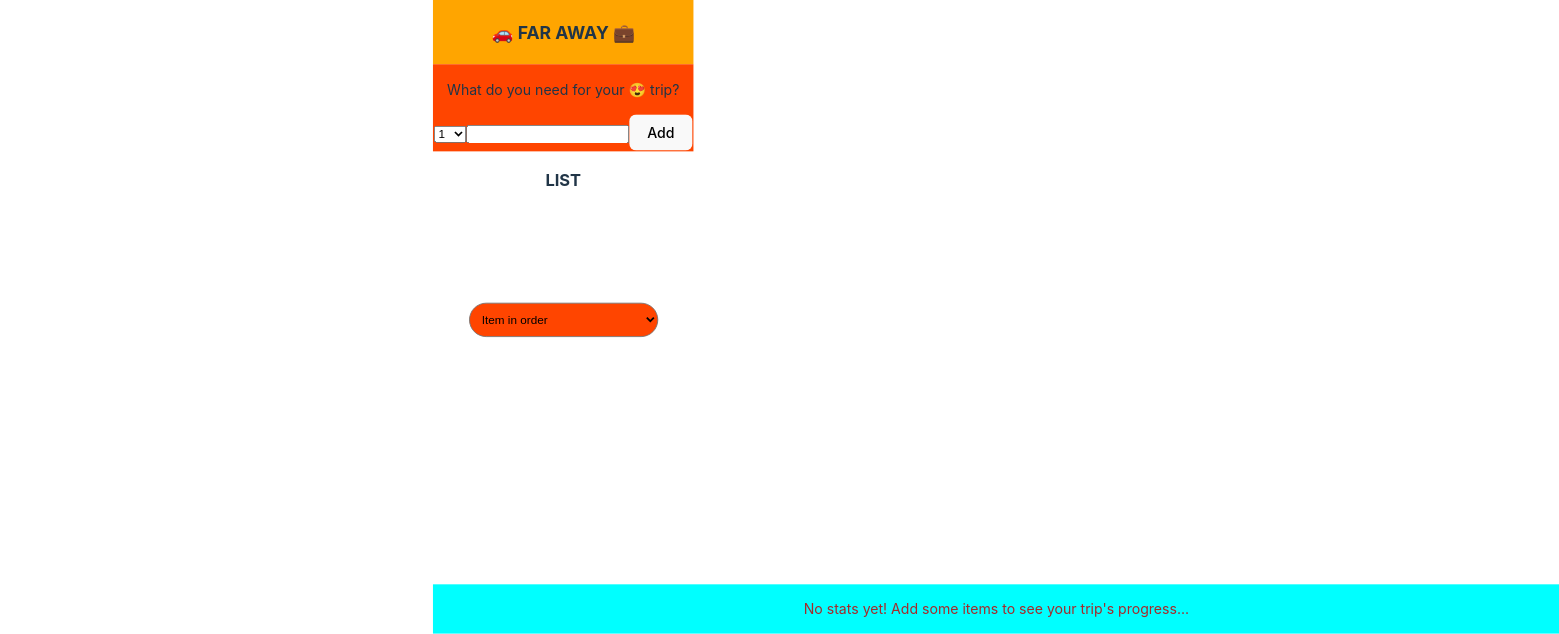
Repository: Celebration-cloud/Trip-Add-To-List
Page: /
These files come from the project's save history. The page is drawn as it stood at one moment and after the next save; the edit follows.
The browser window is 1280 px wide. The page is 1772 px wide, so the pictures cover 1772 px, including what lies to the right of the window. The pictures show the whole page, at 88% of full size.
The project was rebuilt for these pictures with package versions that can differ from the ones it lists, and the page was loaded fresh each time. Also part of the build but not shown: vite.config.js.

Above is the page before, as saved 2023-10-29 17:09:03.

After the next save:
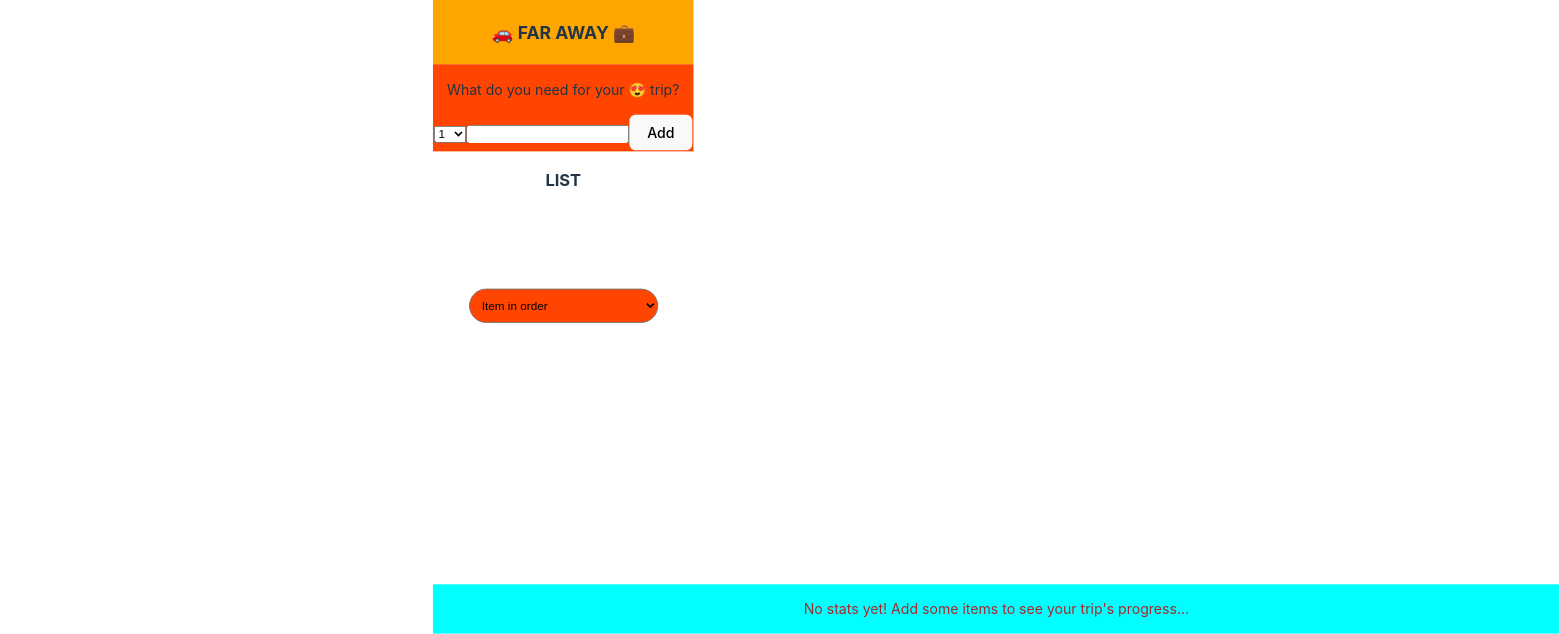
Saved 78 s later.
--- a/src/Trip-List/TripList.jsx
+++ b/src/Trip-List/TripList.jsx
@@ -95,7 +95,7 @@
     <>
       <h3>LIST</h3>
       <ul style={{ listStyleType: "none" }}>
-        <li style={{display: 'flex', flexWrap: "wrap"}}>
+        <li style={{}}>
           {sorting?.map((item) => (
             <>
               <input

After the 2 saves that followed:
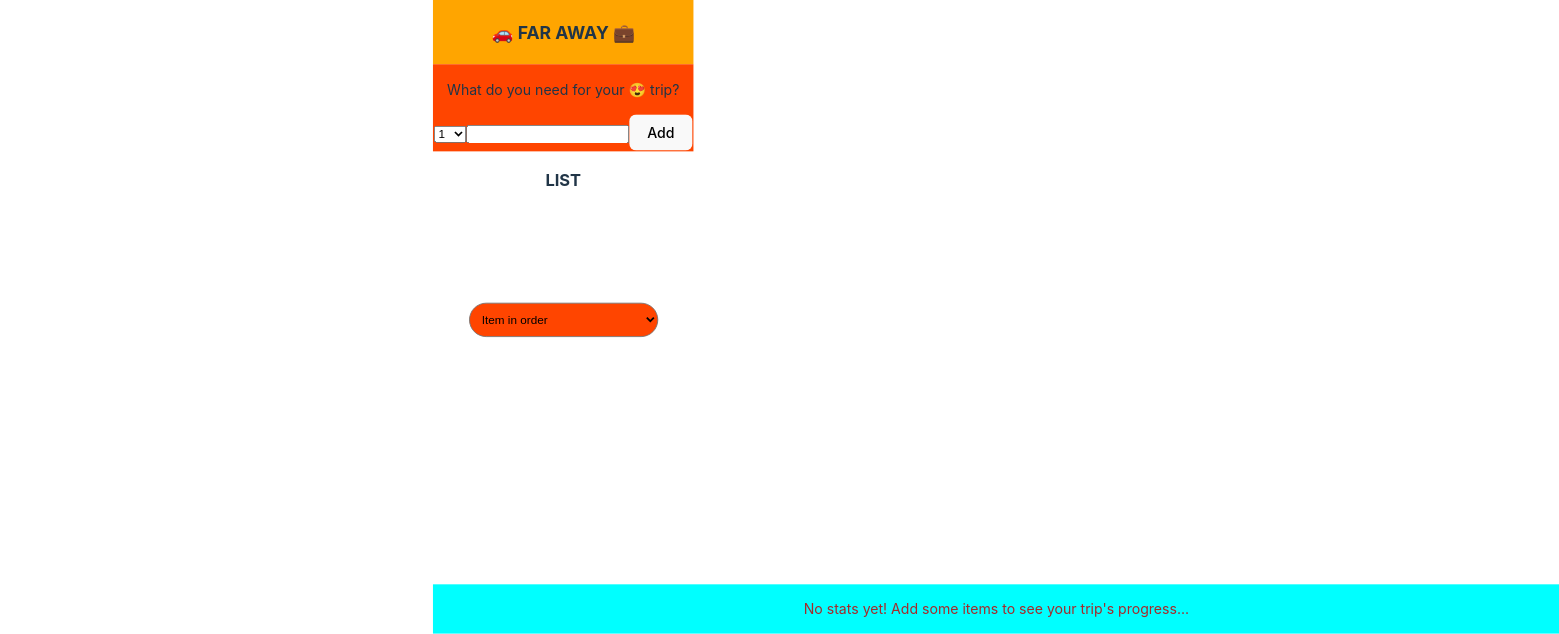
The 2 saves are shown as one change because they came seconds apart.
The last was saved 6 s later.
--- a/src/Trip-List/TripList.jsx
+++ b/src/Trip-List/TripList.jsx
@@ -94,7 +94,7 @@
   return (
     <>
       <h3>LIST</h3>
-      <ul style={{ listStyleType: "none" }}>
+      <ul style={{display: 'flex', flexWrap: "wrap", listStyleType: "none" }}>
         <li style={{}}>
           {sorting?.map((item) => (
             <>
